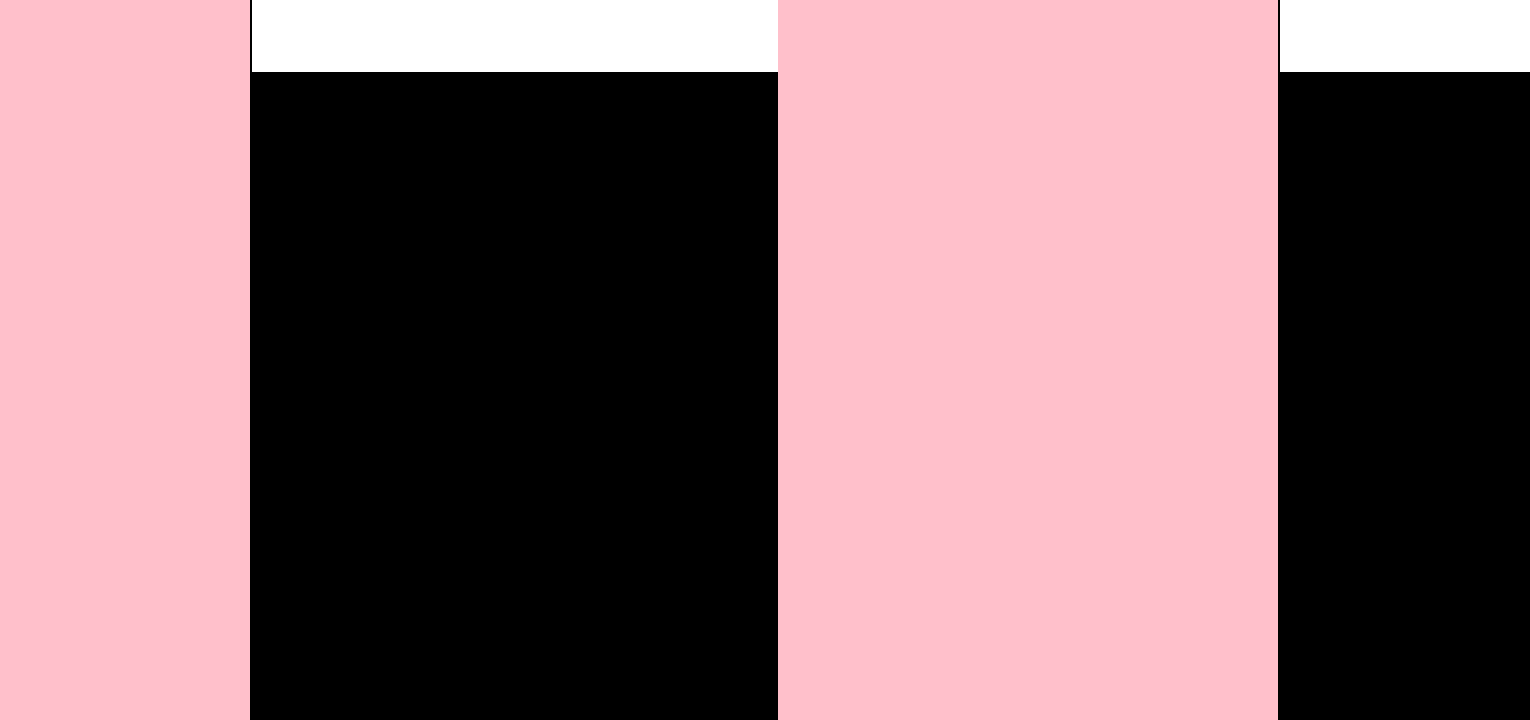
Repository: JJianZ/miao
Page: a.html
These files come from the project's save history. The page is drawn as it stood at one moment and after the next save; the edit follows.
The browser window is 1280 px wide. The page is 1530 px wide, then 1280 px, so the pictures cover 1530 px, including what lies to the right of the window. The pictures show the whole page.

Above is the page before, as saved 2021-11-23 10:28:49.

After the next save:
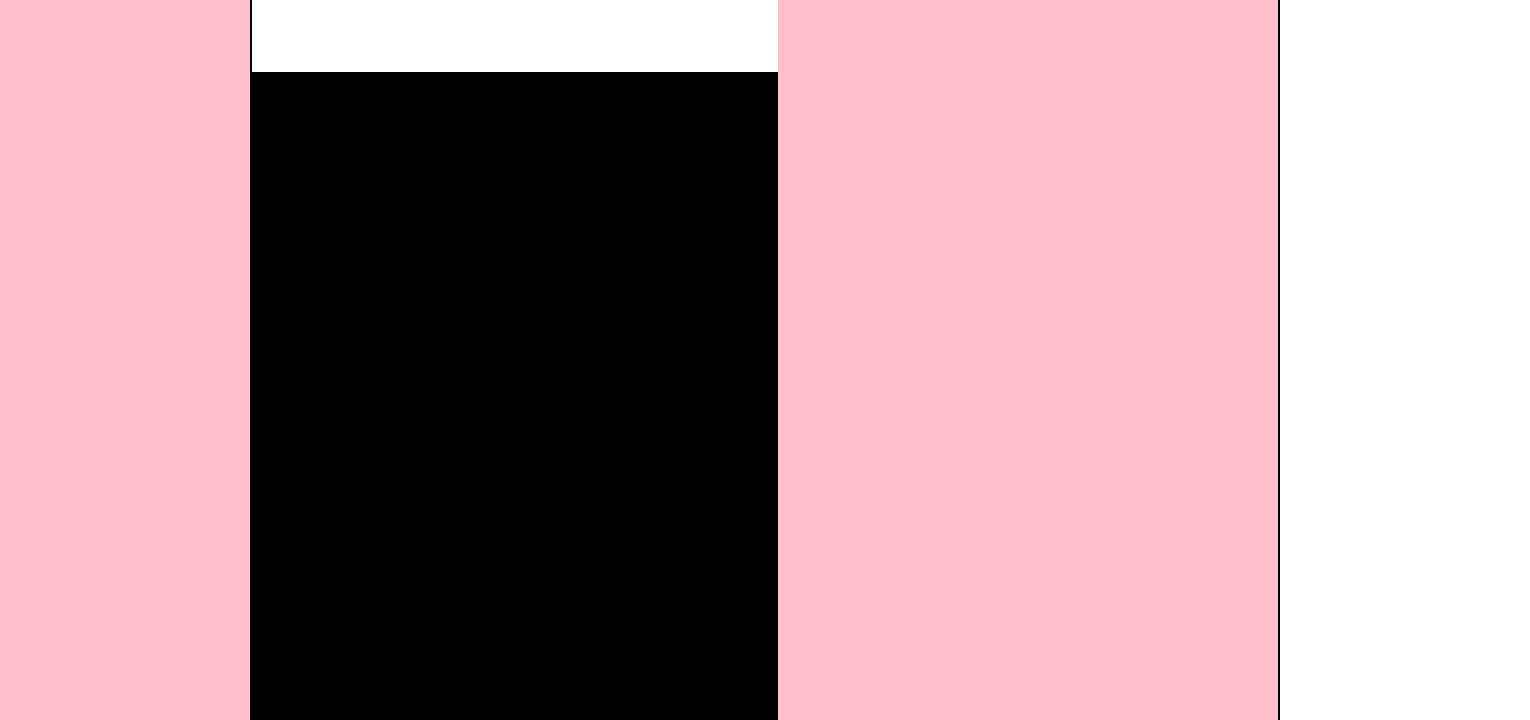
Saved 60 s later.
--- a/a.html
+++ b/a.html
@@ -34,9 +34,9 @@
     }
     main {
       position: absolute;
-      width: 100%;
       top: 72px;
       left: 250px;
+      right: 500px;
       bottom: 0;
       background-color: black;
     }
